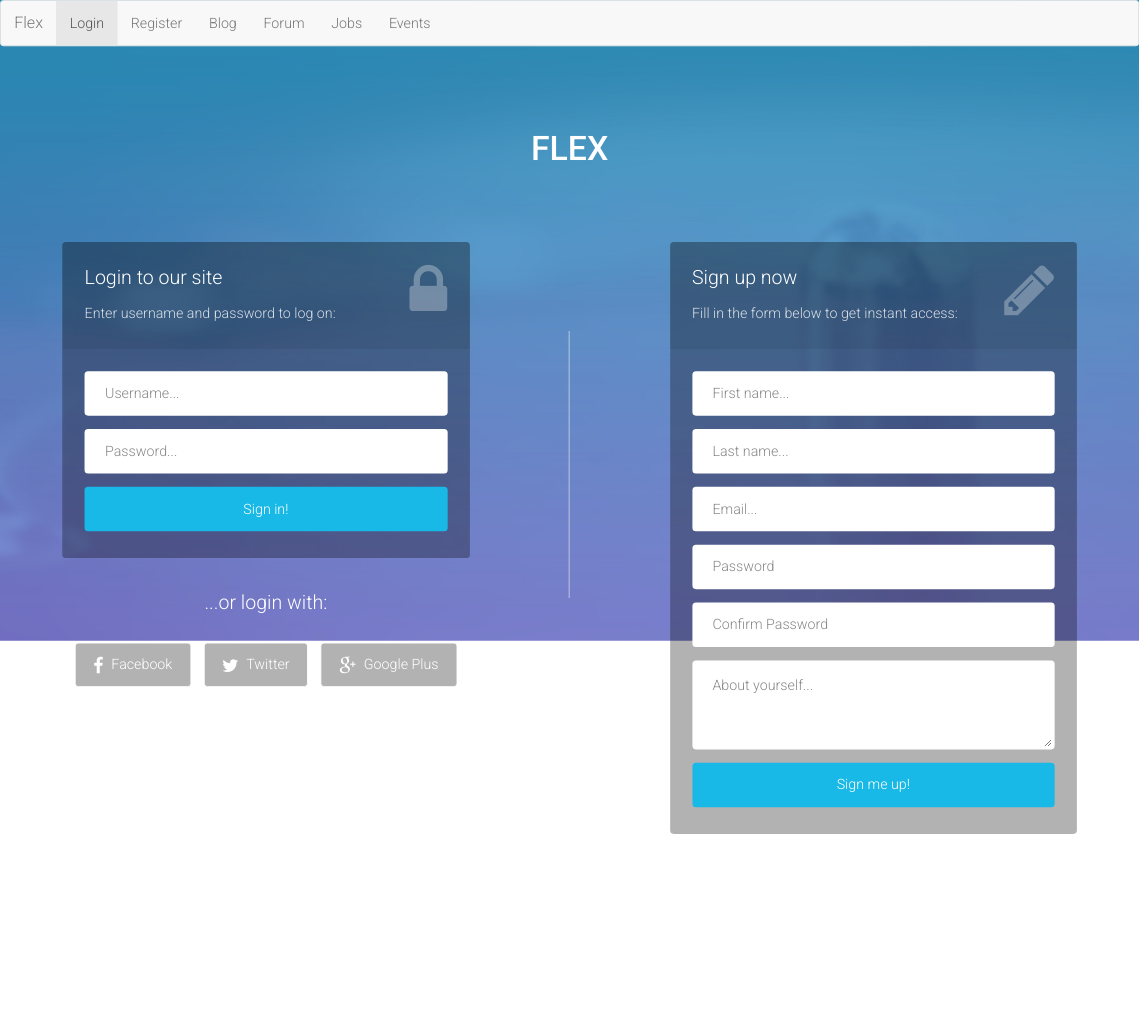
Repository: Angelamritha2012/Flex
Page: Collaboration/WebContent/index.html
The author's editor kept a copy of each file at every save. The page is drawn from the files as they stood at one save, then again after the next save.
The browser window is 1280 px wide. The pictures show the whole page, at 89% of full size.
Some web libraries are served in a nearby version.

Above is the page before, as saved 2017-11-29 10:04:22.

### Collaboration/WebContent/index.html
<!DOCTYPE html>
<html lang="en">

    <head>

        <meta charset="utf-8">
        <meta http-equiv="X-UA-Compatible" content="IE=edge">
        <meta name="viewport" content="width=device-width, initial-scale=1">
        <title>FLEX</title>

        <!-- CSS -->
        <link rel="stylesheet" href="http://fonts.googleapis.com/css?family=Roboto:400,100,300,500">
        <link rel="stylesheet" href="assets/bootstrap/css/bootstrap.min.css">
        <link rel="stylesheet" href="assets/font-awesome/css/font-awesome.min.css">
		<link rel="stylesheet" href="assets/css/form-elements.css">
        <link rel="stylesheet" href="assets/css/style.css">

        <!-- HTML5 Shim and Respond.js IE8 support of HTML5 elements and media queries -->
        <!-- WARNING: Respond.js doesn't work if you view the page via file:// -->
        <!--[if lt IE 9]>
            <script src="https://oss.maxcdn.com/libs/html5shiv/3.7.0/html5shiv.js"></script>
            <script src="https://oss.maxcdn.com/libs/respond.js/1.4.2/respond.min.js"></script>
        <![endif]-->

        <!-- Favicon and touch icons -->
        <link rel="shortcut icon" href="assets/ico/favicon.png">
        <link rel="apple-touch-icon-precomposed" sizes="144x144" href="assets/ico/apple-touch-icon-144-precomposed.png">
        <link rel="apple-touch-icon-precomposed" sizes="114x114" href="assets/ico/apple-touch-icon-114-precomposed.png">
        <link rel="apple-touch-icon-precomposed" sizes="72x72" href="assets/ico/apple-touch-icon-72-precomposed.png">
        <link rel="apple-touch-icon-precomposed" href="assets/ico/apple-touch-icon-57-precomposed.png">

    </head>
<script src="https://ajax.googleapis.com/ajax/libs/angularjs/1.6.4/angular.min.js"></script>

    <body ng-app="">

<nav class="navbar navbar-default">
  <div class="container-fluid">
    <div class="navbar-header">
      <a class="navbar-brand" href="#">Flex</a>
    </div>
    <ul class="nav navbar-nav">
      <li class="active"><a href="#">Login</a></li>
      <li><a href="#">Register</a></li>
      <li><a href="blog.html">Blog</a></li>
      <li><a href="forum.html">Forum</a></li>
	        <li><a href="job.html">Jobs</a></li>
	        <li><a href="event.html">Events</a></li>

    </ul>
  </div>
</nav>

        <!-- Top content -->
        <div class="top-content">

            <div class="inner-bg">
                <div class="container">

                    <div class="row">
                        <div class="col-sm-8 col-sm-offset-2 text">
                            <h1><strong>FLEX</strong></h1>

                        </div>
                    </div>

                    <div class="row">
                        <div class="col-sm-5">

                        	<div class="form-box">
	                        	<div class="form-top">
	                        		<div class="form-top-left">
	                        			<h3>Login to our site</h3>
	                            		<p>Enter username and password to log on:</p>
	                        		</div>
	                        		<div class="form-top-right">
	                        			<i class="fa fa-lock"></i>
	                        		</div>
	                            </div>
	                            <div class="form-bottom">
				                    <form role="form" action="" method="post" class="login-form">
				                    	<div class="form-group">
				                    		<label class="sr-only" for="form-username">Username</label>
				                        	<input type="text" name="form-username" placeholder="Username..." class="form-username form-control" id="form-username">

				                        </div>

				                        <div class="form-group">
				                        	<label class="sr-only" for="form-password">Password</label>
				                        	<input type="password" name="form-password" placeholder="Password..." class="form-password form-control" id="form-password">
				                        </div>
				                        <button type="submit" class="btn">Sign in!</button>
				                    </form>
			                    </div>
		                    </div>

		                	<div class="social-login">
	                        	<h3>...or login with:</h3>
	                        	<div class="social-login-buttons">
		                        	<a class="btn btn-link-2" href="#">
		                        		<i class="fa fa-facebook"></i> Facebook
		                        	</a>
		                        	<a class="btn btn-link-2" href="#">
		                        		<i class="fa fa-twitter"></i> Twitter
		                        	</a>
		                        	<a class="btn btn-link-2" href="#">
		                        		<i class="fa fa-google-plus"></i> Google Plus
		                        	</a>
	                        	</div>
	                        </div>

                        </div>

                        <div class="col-sm-1 middle-border"></div>
                        <div class="col-sm-1"></div>

                        <div class="col-sm-5">

                        	<div class="form-box">
                        		<div class="form-top">
	                        		<div class="form-top-left">
	                        			<h3>Sign up now</h3>
	                            		<p>Fill in the form below to get instant access:</p>
	                        		</div>
	                        		<div class="form-top-right">
	                        			<i class="fa fa-pencil"></i>
	                        		</div>
	                            </div>
	                            <div class="form-bottom">
				                    <form role="form" action="" method="post" class="registration-form">
				                    	<div class="form-group">
				                    		<label class="sr-only" for="form-first-name">First name</label>
				                        	<input type="text" name="form-first-name" placeholder="First name..." class="form-first-name form-control" id="form-first-name">
<!-- <input name="myName" ng-model="myName" required>
 --><span ng-show="myForm.myName.$touched && myForm.myName.$invalid">The name is required.</span>
				                        </div>

				                        <div class="form-group">
				                        	<label class="sr-only" for="form-last-name">Last name</label>
				                        	<input type="text" name="form-last-name" placeholder="Last name..." class="form-last-name form-control" id="form-last-name">
				                        </div>
				                        <div class="form-group">
				                        	<label class="sr-only" for="form-email">Email</label>
				                        	<input type="text" name="form-email" placeholder="Email..." class="form-email form-control" id="form-email">
				                   <span ng-show="frm.email.$dirty && frm.email.$invalid">Email Address is not valid</span>

				                        </div>

										<div class="form-group">
				                        	<label class="sr-only" for="password">PassWord</label>
				                        	<input type="text" name="form-password" placeholder="Password" class="form-password form-control" id="form-password">
				                        </div>
										<div class="form-group">
				                        	<label class="sr-only" for="confirm password">Confirm PassWord</label>
				                        	<input type="text" name="form-confirm-password" placeholder="Confirm Password" class="form-confirm-password form-control" id="form-confirm-password">
				                        </div>
				                        <div class="form-group">
				                        	<label class="sr-only" for="form-about-yourself">About yourself</label>
				                        	<textarea name="form-about-yourself" placeholder="About yourself..."
				                        				class="form-about-yourself form-control" id="form-about-yourself"></textarea>
				                        </div>
				                        <button type="submit" class="btn">Sign me up!</button>
				                    </form>
			                    </div>
                        	</div>

                        </div>
                    </div>

                </div>
            </div>

        </div>

        <!-- Footer -->
        <footer>
        	<div class="container">
        		<div class="row">

        			<div class="col-sm-8 col-sm-offset-2">
        				<div class="footer-border"></div>
        				<p>Made by Flex at <a href="http://azmind.com" target="_blank"><strong>FLEX</strong></a>
        					having a lot of fun. <i class="fa fa-smile-o"></i></p>
        			</div>

        		</div>
        	</div>
        </footer>

        <!-- Javascript -->
        <script src="assets/js/jquery-1.11.1.min.js"></script>
        <script src="assets/bootstrap/js/bootstrap.min.js"></script>
        <script src="assets/js/jquery.backstretch.min.js"></script>
        <script src="assets/js/scripts.js"></script>

        <!--[if lt IE 10]>
            <script src="assets/js/placeholder.js"></script>
        <![endif]-->

    </body>

</html>

### Collaboration/WebContent/assets/css/form-elements.css

input[type="text"],
input[type="password"],
textarea,
textarea.form-control {
	height: 50px;
    margin: 0;
    padding: 0 20px;
    vertical-align: middle;
    background: #fff;
    border: 3px solid #fff;
    font-family: 'Roboto', sans-serif;
    font-size: 16px;
    font-weight: 300;
    line-height: 50px;
    color: #888;
    -moz-border-radius: 4px; -webkit-border-radius: 4px; border-radius: 4px;
    -moz-box-shadow: none; -webkit-box-shadow: none; box-shadow: none;
    -o-transition: all .3s; -moz-transition: all .3s; -webkit-transition: all .3s; -ms-transition: all .3s; transition: all .3s;
}

textarea,
textarea.form-control {
	padding-top: 10px;
	padding-bottom: 10px;
	line-height: 30px;
}

input[type="text"]:focus,
input[type="password"]:focus,
textarea:focus,
textarea.form-control:focus {
	outline: 0;
	background: #fff;
    border: 3px solid #fff;
    -moz-box-shadow: none; -webkit-box-shadow: none; box-shadow: none;
}

input[type="text"]:-moz-placeholder, input[type="password"]:-moz-placeholder,
textarea:-moz-placeholder, textarea.form-control:-moz-placeholder { color: #888; }

input[type="text"]:-ms-input-placeholder, input[type="password"]:-ms-input-placeholder,
textarea:-ms-input-placeholder, textarea.form-control:-ms-input-placeholder { color: #888; }

input[type="text"]::-webkit-input-placeholder, input[type="password"]::-webkit-input-placeholder,
textarea::-webkit-input-placeholder, textarea.form-control::-webkit-input-placeholder { color: #888; }



button.btn {
	height: 50px;
    margin: 0;
    padding: 0 20px;
    vertical-align: middle;
    background: #19b9e7;
    border: 0;
    font-family: 'Roboto', sans-serif;
    font-size: 16px;
    font-weight: 300;
    line-height: 50px;
    color: #fff;
    -moz-border-radius: 4px; -webkit-border-radius: 4px; border-radius: 4px;
    text-shadow: none;
    -moz-box-shadow: none; -webkit-box-shadow: none; box-shadow: none;
    -o-transition: all .3s; -moz-transition: all .3s; -webkit-transition: all .3s; -ms-transition: all .3s; transition: all .3s;
}

button.btn:hover { opacity: 0.6; color: #fff; }

button.btn:active { outline: 0; opacity: 0.6; color: #fff; -moz-box-shadow: none; -webkit-box-shadow: none; box-shadow: none; }

button.btn:focus { outline: 0; opacity: 0.6; background: #19b9e7; color: #fff; }

button.btn:active:focus, button.btn.active:focus { outline: 0; opacity: 0.6; background: #19b9e7; color: #fff; }

### Collaboration/WebContent/assets/css/style.css

body {
    font-family: 'Roboto', sans-serif;
    font-size: 16px;
    font-weight: 300;
    color: #888;
    line-height: 30px;
    text-align: center;
}

strong { font-weight: 500; }

a, a:hover, a:focus {
	color: #19b9e7;
	text-decoration: none;
    -o-transition: all .3s; -moz-transition: all .3s; -webkit-transition: all .3s; -ms-transition: all .3s; transition: all .3s;
}

h1, h2 {
	margin-top: 10px;
	font-size: 38px;
    font-weight: 100;
    color: #555;
    line-height: 50px;
}

h3 {
	font-size: 22px;
    font-weight: 300;
    color: #555;
    line-height: 30px;
}

img { max-width: 100%; }

::-moz-selection { background: #19b9e7; color: #fff; text-shadow: none; }
::selection { background: #19b9e7; color: #fff; text-shadow: none; }


.btn-link-1 {
	display: inline-block;
	height: 50px;
	margin: 5px;
	padding: 16px 20px 0 20px;
	background: #19b9e7;
	font-size: 16px;
    font-weight: 300;
    line-height: 16px;
    color: #fff;
    -moz-border-radius: 4px; -webkit-border-radius: 4px; border-radius: 4px;
}
.btn-link-1:hover, .btn-link-1:focus, .btn-link-1:active { outline: 0; opacity: 0.6; color: #fff; }

.btn-link-1.btn-link-1-facebook { background: #4862a3; }
.btn-link-1.btn-link-1-twitter { background: #55acee; }
.btn-link-1.btn-link-1-google-plus { background: #dd4b39; }

.btn-link-1 i {
	padding-right: 5px;
	vertical-align: middle;
	font-size: 20px;
	line-height: 20px;
}

.btn-link-2 {
	display: inline-block;
	height: 50px;
	margin: 5px;
	padding: 15px 20px 0 20px;
	background: rgba(0, 0, 0, 0.3);
	border: 1px solid #fff;
	font-size: 16px;
    font-weight: 300;
    line-height: 16px;
    color: #fff;
    -moz-border-radius: 4px; -webkit-border-radius: 4px; border-radius: 4px;
}
.btn-link-2:hover, .btn-link-2:focus,
.btn-link-2:active, .btn-link-2:active:focus { outline: 0; opacity: 0.6; background: rgba(0, 0, 0, 0.3); color: #fff; }

.btn-link-2 i {
	padding-right: 5px;
	vertical-align: middle;
	font-size: 20px;
	line-height: 20px;
}


/***** Top content *****/

.inner-bg {
    padding: 60px 0 80px 0;
}

.top-content .text {
	color: #fff;
}

.top-content .text h1 { color: #fff; }

.top-content .description {
	margin: 20px 0 10px 0;
}

.top-content .description p { opacity: 0.8; }

.top-content .description a {
	color: #fff;
}
.top-content .description a:hover,
.top-content .description a:focus { border-bottom: 1px dotted #fff; }

.form-box {
	margin-top: 70px;
}

.form-top {
	overflow: hidden;
	padding: 0 25px 15px 25px;
	background: #444;
	background: rgba(0, 0, 0, 0.35);
	-moz-border-radius: 4px 4px 0 0; -webkit-border-radius: 4px 4px 0 0; border-radius: 4px 4px 0 0;
	text-align: left;
}

.form-top-left {
	float: left;
	width: 75%;
	padding-top: 25px;
}

.form-top-left h3 { margin-top: 0; color: #fff; }
.form-top-left p { opacity: 0.8; color: #fff; }

.form-top-right {
	float: left;
	width: 25%;
	padding-top: 5px;
	font-size: 66px;
	color: #fff;
	line-height: 100px;
	text-align: right;
	opacity: 0.3;
}

.form-bottom {
	padding: 25px 25px 30px 25px;
	background: #444;
	background: rgba(0, 0, 0, 0.3);
	-moz-border-radius: 0 0 4px 4px; -webkit-border-radius: 0 0 4px 4px; border-radius: 0 0 4px 4px;
	text-align: left;
}

.form-bottom form textarea {
	height: 100px;
}

.form-bottom form button.btn {
	width: 100%;
}

.form-bottom form .input-error {
	border-color: #19b9e7;
}

.social-login {
	margin-top: 35px;
}

.social-login h3 {
	color: #fff;
}

.social-login-buttons {
	margin-top: 25px;
}

.middle-border {
	min-height: 300px;
	margin-top: 170px;
	border-right: 1px solid #fff;
	border-right: 1px solid rgba(255, 255, 255, 0.6);
}


/***** Footer *****/

footer {
	padding-bottom: 70px;
	color: #fff;
}

footer .footer-border {
	width: 200px;
	margin: 0 auto;
	padding-bottom: 30px;
	border-top: 1px solid #fff;
	border-top: 1px solid rgba(255, 255, 255, 0.6);
}

footer p { opacity: 0.8; }

footer a {
	color: #fff;
}
footer a:hover, footer a:focus { color: #fff; border-bottom: 1px dotted #fff; }


/***** Media queries *****/

@media (min-width: 992px) and (max-width: 1199px) {}

@media (min-width: 768px) and (max-width: 991px) {}

@media (max-width: 767px) {

	.middle-border { min-height: auto; margin: 65px 30px 0 30px; border-right: 0;
						border-top: 1px solid #fff; border-top: 1px solid rgba(255, 255, 255, 0.6); }

}

@media (max-width: 415px) {

	h1, h2 { font-size: 32px; }

}

/***pagination***/

.center {
    text-align: center;
}

.pagination {
    display: inline-block;
}

.pagination a {
    color: black;
    float: left;
    padding: 8px 16px;
    text-decoration: none;
    transition: background-color .3s;
    border: 1px solid #ddd;
    margin: 0 4px;
}

.pagination a.active {
    background-color: #4CAF50;
    color: white;
    border: 1px solid #4CAF50;
}

.pagination a:hover:not(.active) {background-color: #ddd;}
/* The Modal (background) */
.modal {
    display: none; /* Hidden by default */
    position: fixed; /* Stay in place */
    z-index: 1; /* Sit on top */
    left: 0;
    top: 0;
    width: 100%; /* Full width */
    height: 100%; /* Full height */
    overflow: auto; /* Enable scroll if needed */
    background-color: rgb(0,0,0); /* Fallback color */
    background-color: rgba(0,0,0,0.4); /* Black w/ opacity */
    padding-top: 60px;
}

/* Modal Content/Box */
.modal-content {
    background-color: #fefefe;
    margin: 5px auto; /* 15% from the top and centered */
    border: 1px solid #888;
    width: 80%; /* Could be more or less, depending on screen size */
}

/* The Close Button */
.close {
    /* Position it in the top right corner outside of the modal */
    position: absolute;
    right: 25px;
    top: 0;
    color: #000;
    font-size: 35px;
    font-weight: bold;
}

/* Close button on hover */
.close:hover,
.close:focus {
    color: red;
    cursor: pointer;
}

/* Add Zoom Animation */
.animate {
    -webkit-animation: animatezoom 0.6s;
    animation: animatezoom 0.6s
}

@-webkit-keyframes animatezoom {
    from {-webkit-transform: scale(0)}
    to {-webkit-transform: scale(1)}
}

@keyframes animatezoom {
    from {transform: scale(0)}
    to {transform: scale(1)}
}

/*
    Image credits:
    uifaces.com (http://uifaces.com/authorized)
*/

#login { display: none; }
.login,
.logout {
    position: absolute;
    top: -3px;
    right: 0;
}
.page-header { position: relative; }
.reviews {
    color: #555;
    font-weight: bold;
    margin: 10px auto 20px;
}
.notes {
    color: #999;
    font-size: 12px;
}
.media .media-object { max-width: 120px; }
.media-body { position: relative; }
.media-date {
    position: absolute;
    right: 25px;
    top: 25px;
}
.media-date li { padding: 0; }
.media-date li:first-child:before { content: ''; }
.media-date li:before {
    content: '.';
    margin-left: -2px;
    margin-right: 2px;
}
.media-comment { margin-bottom: 20px; }
.media-replied { margin: 0 0 20px 50px; }
.media-replied .media-heading { padding-left: 6px; }

.btn-circle {
    font-weight: bold;
    font-size: 12px;
    padding: 6px 15px;
    border-radius: 20px;
}
.btn-circle span { padding-right: 6px; }
.embed-responsive { margin-bottom: 20px; }
.tab-content {
    padding: 50px 15px;
    border: 1px solid #ddd;
    border-top: 0;
    border-bottom-right-radius: 4px;
    border-bottom-left-radius: 4px;
}
.custom-input-file {
    overflow: hidden;
    position: relative;
    width: 120px;
    height: 120px;
    background: #eee url('https://s3.amazonaws.com/uifaces/faces/twitter/walterstephanie/128.jpg');
    background-size: 120px;
    border-radius: 120px;
}
input[type="file"]{
    z-index: 999;
    line-height: 0;
    font-size: 0;
    position: absolute;
    opacity: 0;
    filter: alpha(opacity = 0);-ms-filter: "alpha(opacity=0)";
    margin: 0;
    padding:0;
    left:0;
}
.uploadPhoto {
    position: absolute;
    top: 25%;
    left: 25%;
    display: none;
    width: 50%;
    height: 50%;
    color: #fff;
    text-align: center;
    line-height: 60px;
    text-transform: uppercase;
    background-color: rgba(0,0,0,.3);
    border-radius: 50px;
    cursor: pointer;
}
.custom-input-file:hover .uploadPhoto { display: block; }

### Collaboration/WebContent/assets/js/scripts.js

jQuery(document).ready(function() {

    /*
        Fullscreen background
    */
    $.backstretch("assets/img/backgrounds/1.jpg");

    /*
        Login form validation
    */
    $('.login-form input[type="text"], .login-form input[type="password"], .login-form textarea').on('focus', function() {
    	$(this).removeClass('input-error');
    });

    $('.login-form').on('submit', function(e) {

    	$(this).find('input[type="text"], input[type="password"], textarea').each(function(){
    		if( $(this).val() == "" ) {
    			e.preventDefault();
    			$(this).addClass('input-error');
    		}
    		else {
    			$(this).removeClass('input-error');
    		}
    	});

    });

    /*
        Registration form validation
    */
    $('.registration-form input[type="text"], .registration-form textarea').on('focus', function() {
    	$(this).removeClass('input-error');
    });

    $('.registration-form').on('submit', function(e) {

    	$(this).find('input[type="text"], textarea').each(function(){
    		if( $(this).val() == "" ) {
    			e.preventDefault();
    			$(this).addClass('input-error');
    		}
    		else {
    			$(this).removeClass('input-error');
    		}
    	});

    });


});

Loaded but not shown: Collaboration/WebContent/assets/bootstrap/css/bootstrap.min.css (library); Collaboration/WebContent/assets/font-awesome/css/font-awesome.min.css (library); Collaboration/WebContent/assets/js/jquery-1.11.1.min.js (library); Collaboration/WebContent/assets/bootstrap/js/bootstrap.min.js (library); Collaboration/WebContent/assets/js/jquery.backstretch.min.js (library)

After the next save:
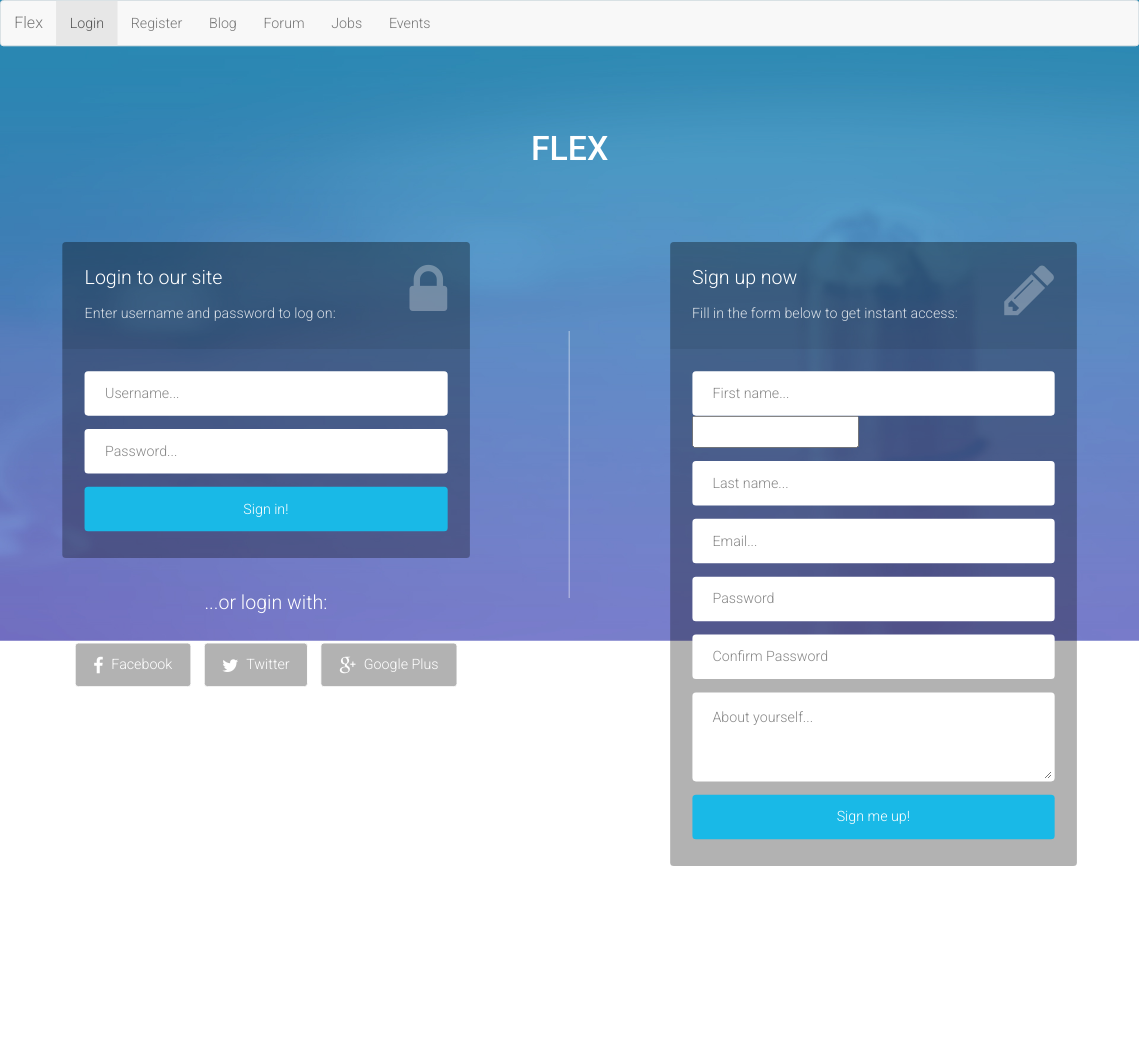
Saved 64 s later.
--- a/Collaboration/WebContent/index.html
+++ b/Collaboration/WebContent/index.html
@@ -131,8 +131,8 @@
 				                    	<div class="form-group">
 				                    		<label class="sr-only" for="form-first-name">First name</label>
 				                        	<input type="text" name="form-first-name" placeholder="First name..." class="form-first-name form-control" id="form-first-name">
-<!-- <input name="myName" ng-model="myName" required>
- --><span ng-show="myForm.myName.$touched && myForm.myName.$invalid">The name is required.</span>
+<input name="myName" ng-model="myName" required>
+ <span ng-show="myForm.myName.$touched && myForm.myName.$invalid">The name is required.</span>
 				                        </div>
 
 				                        <div class="form-group">
